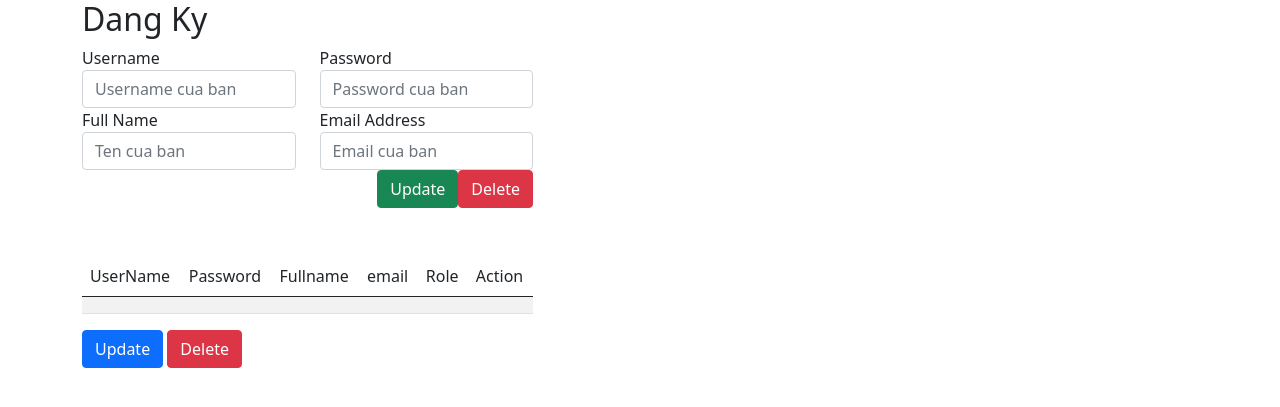
Repository: kiennd3921/AssJava4
Page: http://localhost/Assignment/view/admin/QLyAdmin.jsp
An editor plug-in stored every save of this project. The page is shown before and after the next save, followed by the edit.
The browser window is 1280 px wide. The pictures show the whole page.
The page is served by Tomcat 9. Other server files are loaded and not shown.

Above is the page before, as saved 2021-04-16 01:13:37.

### PT15307-UD/Assignment/WebContent/view/admin/QLyAdmin.jsp
<%@ page language="java" contentType="text/html; charset=ISO-8859-1"
	pageEncoding="UTF-8"%>
<!DOCTYPE html>
<html>
<head>
<meta charset="UTF-8">
<meta name="viewport" content="width = device-width, initial-scale=1.0">
<title>Insert title here</title>
<%@ taglib uri="http://java.sun.com/jstl/core_rt" prefix="c"%>
<link rel="stylesheet" type="text/css">
<link
	href="https://cdn.jsdelivr.net/npm/bootstrap@5.0.0-beta2/dist/css/bootstrap.min.css"
	rel="stylesheet"
	integrity="sha384-BmbxuPwQa2lc/FVzBcNJ7UAyJxM6wuqIj61tLrc4wSX0szH/Ev+nYRRuWlolflfl"
	crossorigin="anonymous">

</head>
<body>
	<div class="container">
		<div class="row">
			<div class="col-md-5">
				<form>
					<h2>Dang Ky</h2>
					<div class="row">
						<div class="col">
							<label>Username</label> <input type="text" class="form-control"
								placeholder="Username cua ban" required name="">
						</div>
						<div class="col">
							<label>Password</label> <input type="password"
								class="form-control" placeholder="Password cua ban" required
								name="">
						</div>
					</div>
					<div class="row">
						<div class="col">
							<label>Full Name</label> <input type="text" class="form-control"
								placeholder="Ten cua ban" required name="">
						</div>
						<div class="col">
							<label>Email Address</label> <input type="email"
								class="form-control" placeholder="Email cua ban" required
								name="">
						</div>
					</div>
					<div class="nav justify-content-end">
						<button class="btn btn-success" type="submit">Update</button>
						<button class="btn btn-danger" type="submit">Delete</button>
					</div>
				</form>


				<div class="mt-5 table-responsive">
					<table class="table table-striped">
						<thead>
							<tr>
								<td>UserName</td>
								<td>Password</td>
								<td>Fullname</td>
								<td>email</td>
								<td>Role</td>
								<td colspan="1">Action</td>
							</tr>
						</thead>
						<tbody>
							<tr>
								<td>${ user.id }</td>
								<td>${ user.password }</td>
								<td>${ user.email }</td>
								<td>${ user.fullname }</td>
								<td>${ user.admin }</td>
								<td>${ user.post.size() }</td>

							</tr>
						</tbody>

					</table>
					<a href="/PT15307-UD/admin/user/edit?id=${ user.id }"
						class="btn btn-primary">Update</a>
					<button class="btn btn-danger">Delete</button>
				</div>
			</div>
		</div>
	</div>
</body>
</html>

After the next save:
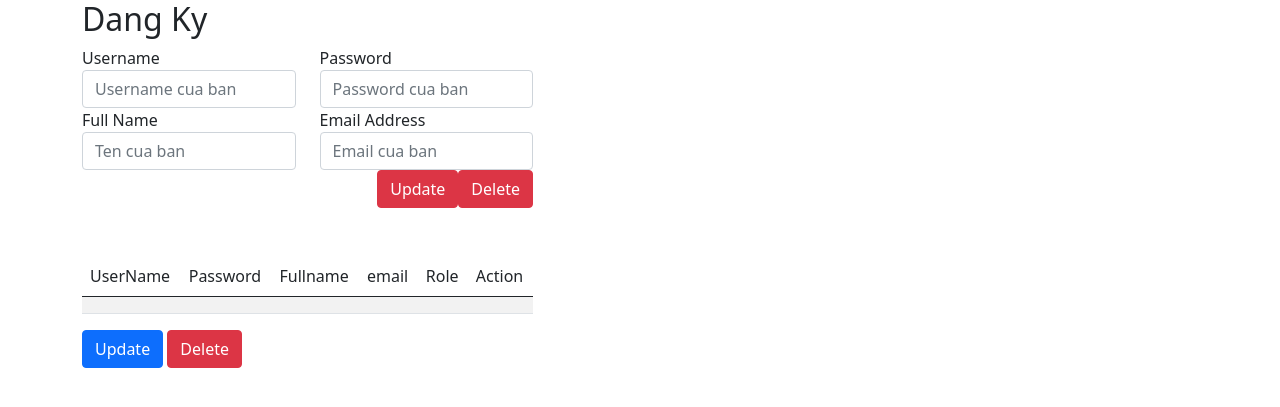
Saved 26 s later.
--- a/PT15307-UD/Assignment/WebContent/view/admin/QLyAdmin.jsp
+++ b/PT15307-UD/Assignment/WebContent/view/admin/QLyAdmin.jsp
@@ -44,7 +44,7 @@
 						</div>
 					</div>
 					<div class="nav justify-content-end">
-						<button class="btn btn-success" type="submit">Update</button>
+						<button class="btn btn-danger" type="submit">Update</button>
 						<button class="btn btn-danger" type="submit">Delete</button>
 					</div>
 				</form>
